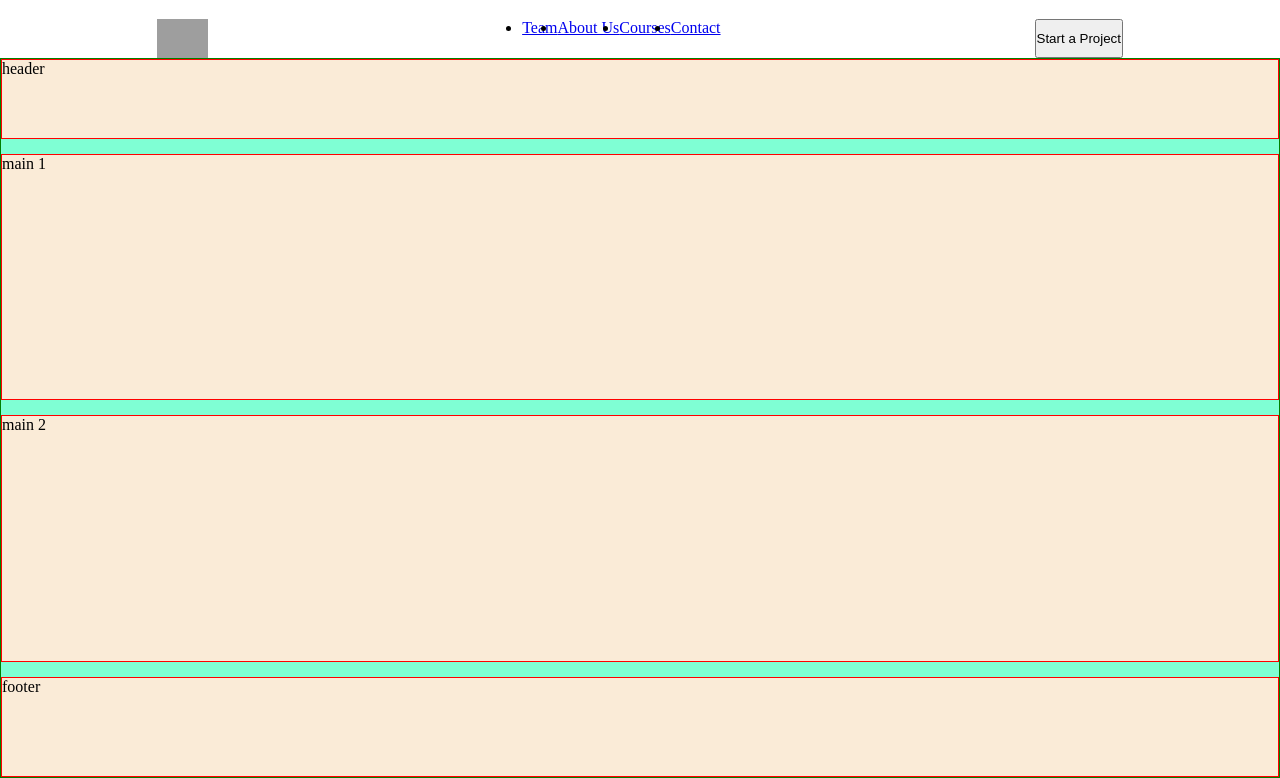
Repository: PraffulPatel27/Codehelp-Mini-Clone
Page: index.html
These files come from the project's save history. The page is drawn as it stood at one moment and after a run of saves; the edit follows.
The browser window is 1280 px wide. The pictures show the whole page.
Pictures or frames that could not be fetched are drawn as grey boxes.

Above is the page before, as saved 2024-02-24 19:50:51.

After the next 4 saves:
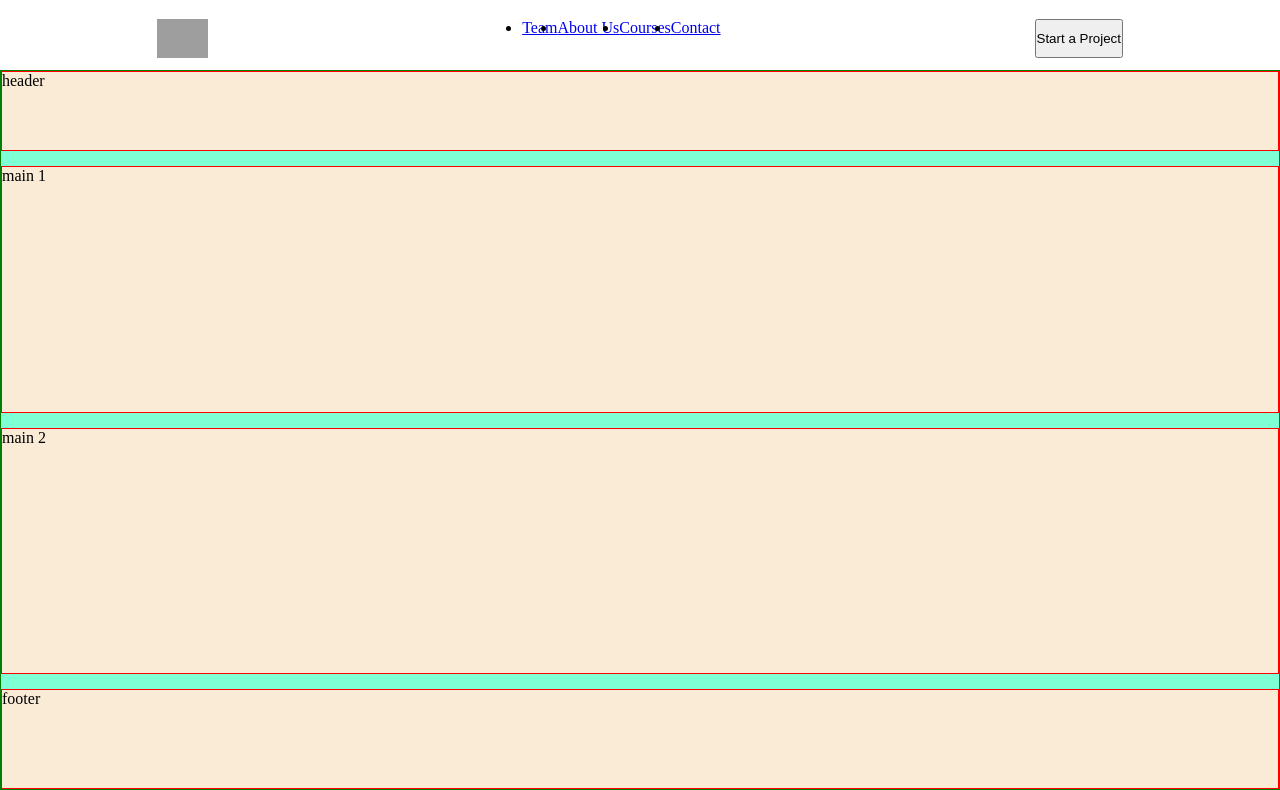
The 4 saves are shown as one change because they came seconds apart.
The last was saved 14 s later.
--- a/style.css
+++ b/style.css
@@ -8,6 +8,7 @@
     display: flex;
     justify-content: space-around;
     padding-top: 1.5%;
+    padding-bottom: 1%;
 }
 
 .nav-container img {
